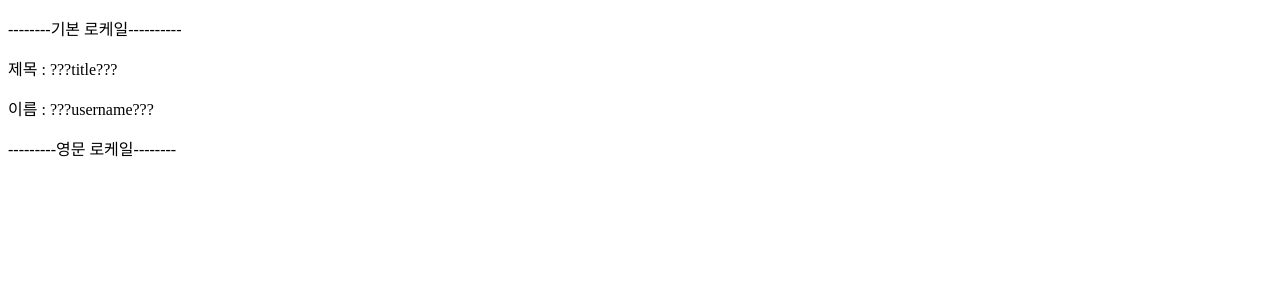
Repository: doyeong123/doyeonggit1
Page: http://localhost/jspbook2/ch09/jstl_fmt01.jsp
These files come from the project's save history. The page is drawn as it stood at one moment and after a run of saves; the edit follows.
The browser window is 1280 px wide. The pictures show the whole page.
The page is served by Tomcat 9. Other server files are loaded and not shown.

Above is the page before, as saved 2023-12-12 01:20:27.

### jsp/jspbook2/src/main/webapp/ch09/jstl_fmt01.jsp
<%@ page language="java" contentType="text/html; charset=UTF-8"
    pageEncoding="UTF-8"%>
<%@ taglib prefix="fmt" uri="http://java.sun.com/jsp/jstl/fmt" %>
<!DOCTYPE html>
<html>
<head>
<meta charset="UTF-8">
<title>Internationalization</title>
</head>
<body>
	<p>--------기본 로케일----------
		<fmt:setBundle basename="ch09.com.bundle.myBundle"
		 var="resourceBundle" />
	<p> 제목 : <fmt:message key="title" bundle="${resourceBundle}"/>
	<p> <fmt:message key="username" var="userMsg" bundle="${resourceBundle}"/>
		이름 : ${userMsg }

	<p>---------영문 로케일--------
</body>
</html>

After the next 2 saves:
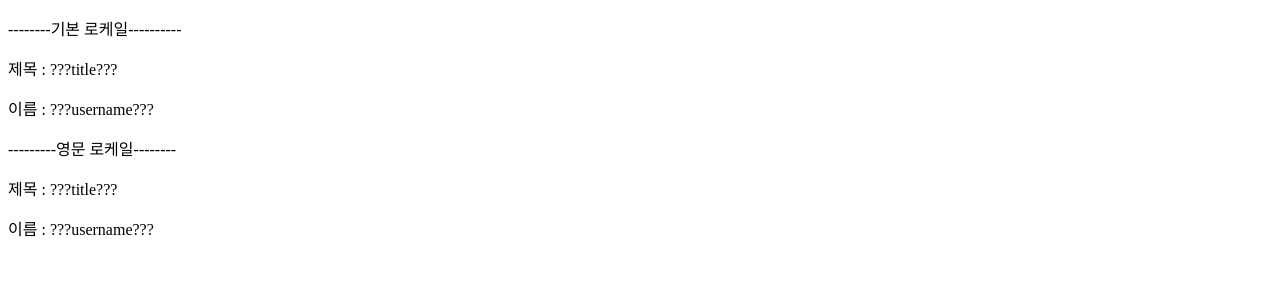
The 2 saves are shown as one change because they came seconds apart.
The last was saved 2 min 49 s later.
--- a/jsp/jspbook2/src/main/webapp/ch09/jstl_fmt01.jsp
+++ b/jsp/jspbook2/src/main/webapp/ch09/jstl_fmt01.jsp
@@ -16,5 +16,9 @@
 		이름 : ${userMsg }
 
 	<p>---------영문 로케일--------
+		<fmt:setLocale value="en"/>
+		<fmt:setBundle basename="ch09.com.bundle.myBundle" var="resourceBundle"/>
+	<p> 제목 : <fmt:message key="title" bundle="${resourceBundle }"/>
+	<p> 이름 : <fmt:message key="username" bundle="${resourceBundle }"/>
 </body>
 </html>
